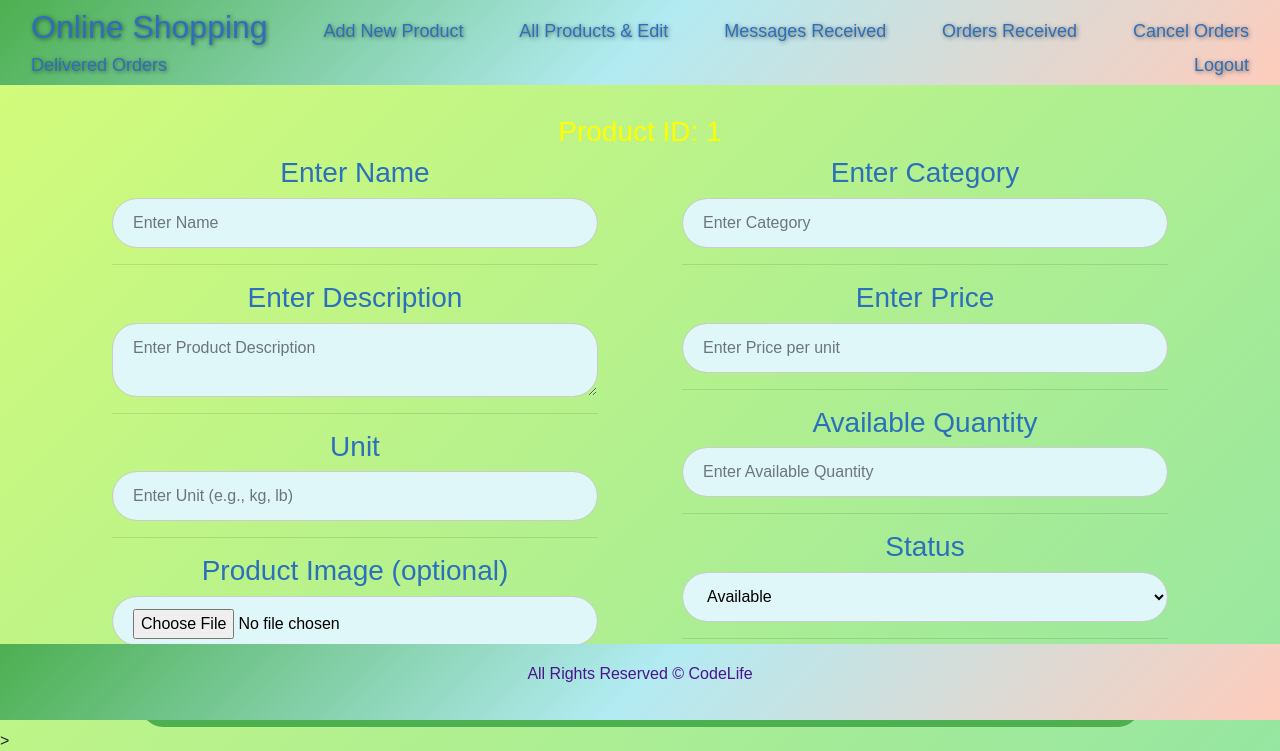
Repository: Dineshbabu290904/DigiMart
Page: http://localhost/DigiMart/admin/addNewProduct.jsp
An editor plug-in stored every save of this project. The page is shown before and after the next save, followed by the edit.
The browser window is 1280 px wide. The pictures show the whole page.
Some web libraries are served in a nearby version. The page is served by Tomcat 9. Queries for data that is not in the repository find no rows.

Above is the page before, as saved 2024-10-16 16:37:05.

After the next save:
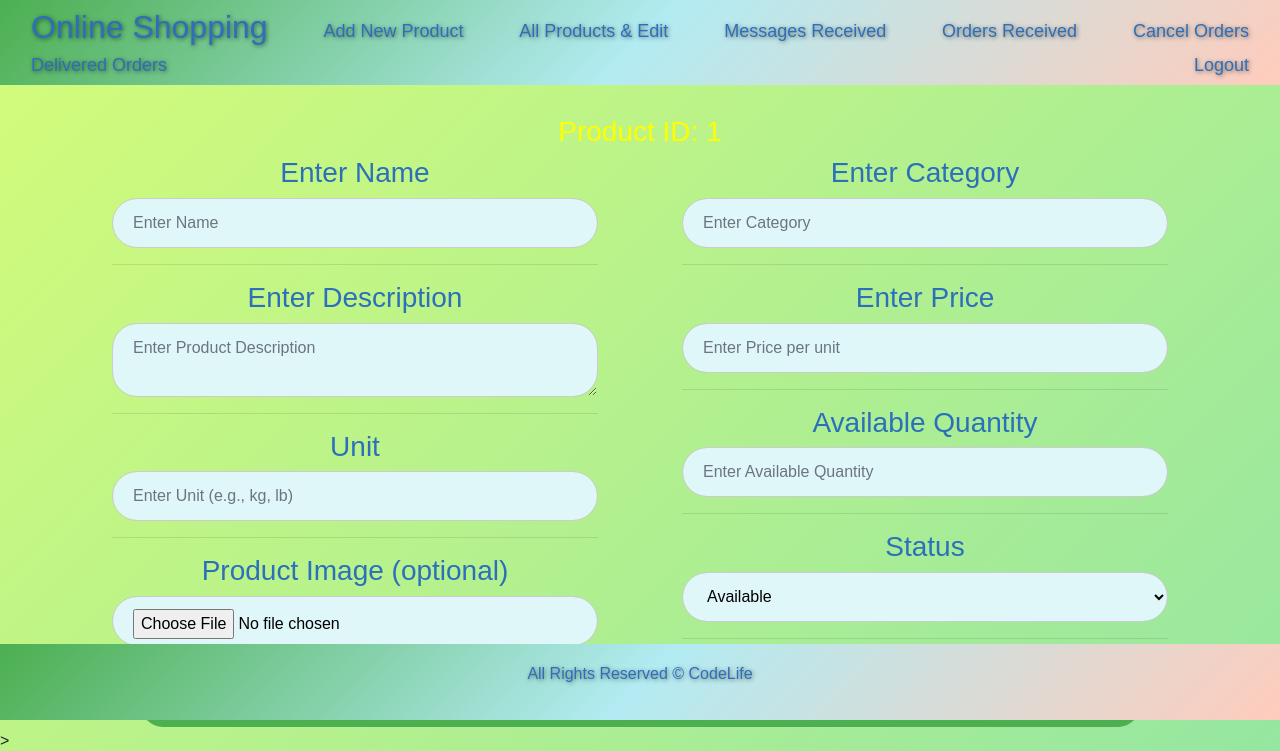
Saved 19 s later.
--- a/DigiMart/src/main/webapp/footer.jsp
+++ b/DigiMart/src/main/webapp/footer.jsp
@@ -2,7 +2,8 @@
 	<style>
 	.footer {
             background: linear-gradient(135deg, #4caf50, #b2ebf2, #ffccbc); /* Green to Light Blue to Light Pink */
-            color: #4a148c; /* Dark purple for a vibrant yet elegant touch */
+            color: #2c6fbb; /* Cool blue for headings */
+            text-shadow: 1px 1px 4px rgba(0, 0, 0, 0.5); /* Subtle shadow for depth */
             text-align: center; /* Center text */
             padding: 20px; /* Padding around footer */
             margin-top: auto; /* Push footer to the bottom */
